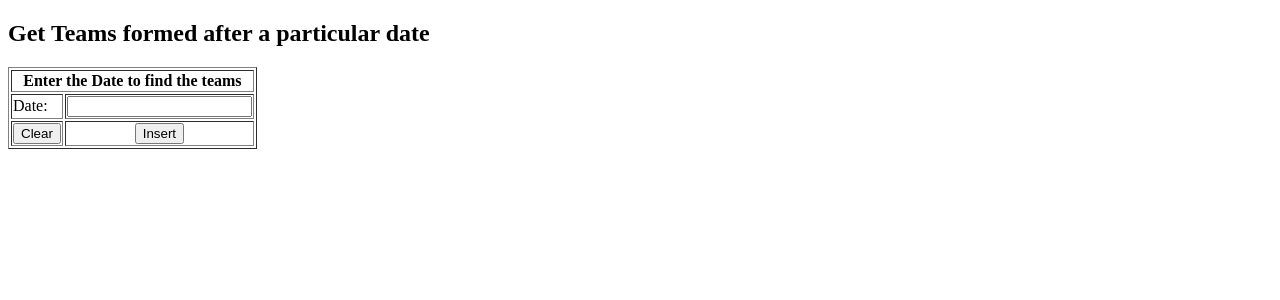
Repository: Harikiran-Madishetti/Patient-Assistance-Network
Page: http://localhost/IP_TASK7/get_teams_form.jsp
These files come from the project's save history. The page is drawn as it stood at one moment and after the next save; the edit follows.
The browser window is 1280 px wide. The pictures show the whole page.
The page is served by Tomcat 9. Other server files are loaded and not shown.

Above is the page before, as saved 2020-11-16 08:41:24.

### JDBC Connector/WEB Application/IP_TASK7/WebContent/get_teams_form.jsp
<!DOCTYPE html>
<html>
    <head>
        <meta charset="UTF-8">
        <title>Get Teams</title>
    </head>
    <body>
        <h2>Get Teams formed after a particular date</h2>
        <!--
            Form for collecting user input for the new movie_night record.
            Upon form submission, add_movie.jsp file will be invoked.
        -->
        <form action="get_teams.jsp">
            <!-- The form organized in an HTML table for better clarity. -->
            <table border=1>
                <tr>
                    <th colspan="2">Enter the Date to find the teams</th>
                </tr>
                <tr>
                    <td>Date:</td>
                    <td><div style="text-align: center;">
                    <input type=text name=formation_date>
                    </div></td>
                </tr>
                <tr>
                    <td><div style="text-align: center;">
                    <input type=reset value=Clear>
                    </div></td>
                    <td><div style="text-align: center;">
                    <input type=submit value=Insert>
                    </div></td>
                </tr>
            </table>
        </form>
    </body>
</html>

After the next save:
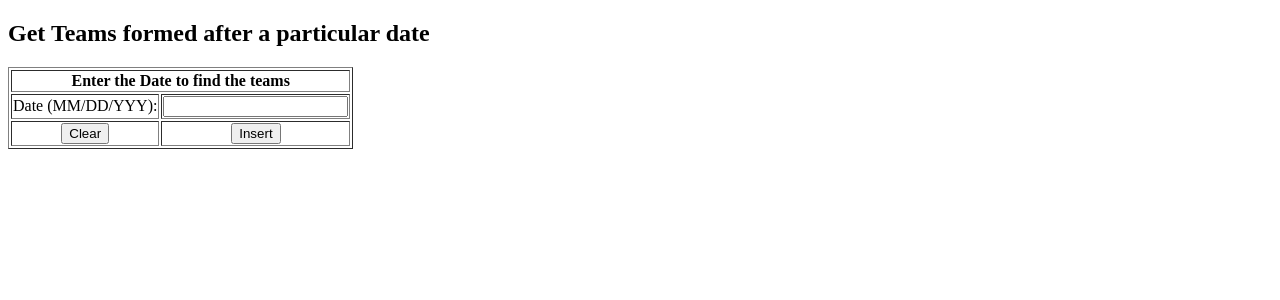
Saved 10 h 26 min later.
--- a/JDBC Connector/WEB Application/IP_TASK7/WebContent/get_teams_form.jsp
+++ b/JDBC Connector/WEB Application/IP_TASK7/WebContent/get_teams_form.jsp
@@ -14,10 +14,10 @@
             <!-- The form organized in an HTML table for better clarity. -->
             <table border=1>
                 <tr>
-                    <th colspan="2">Enter the Date to find the teams</th>
+                    <th colspan="2">		Enter the Date to find the teams	</th>
                 </tr>
                 <tr>
-                    <td>Date:</td>
+                    <td> Date (MM/DD/YYY): </td>
                     <td><div style="text-align: center;">
                     <input type=text name=formation_date>
                     </div></td>
